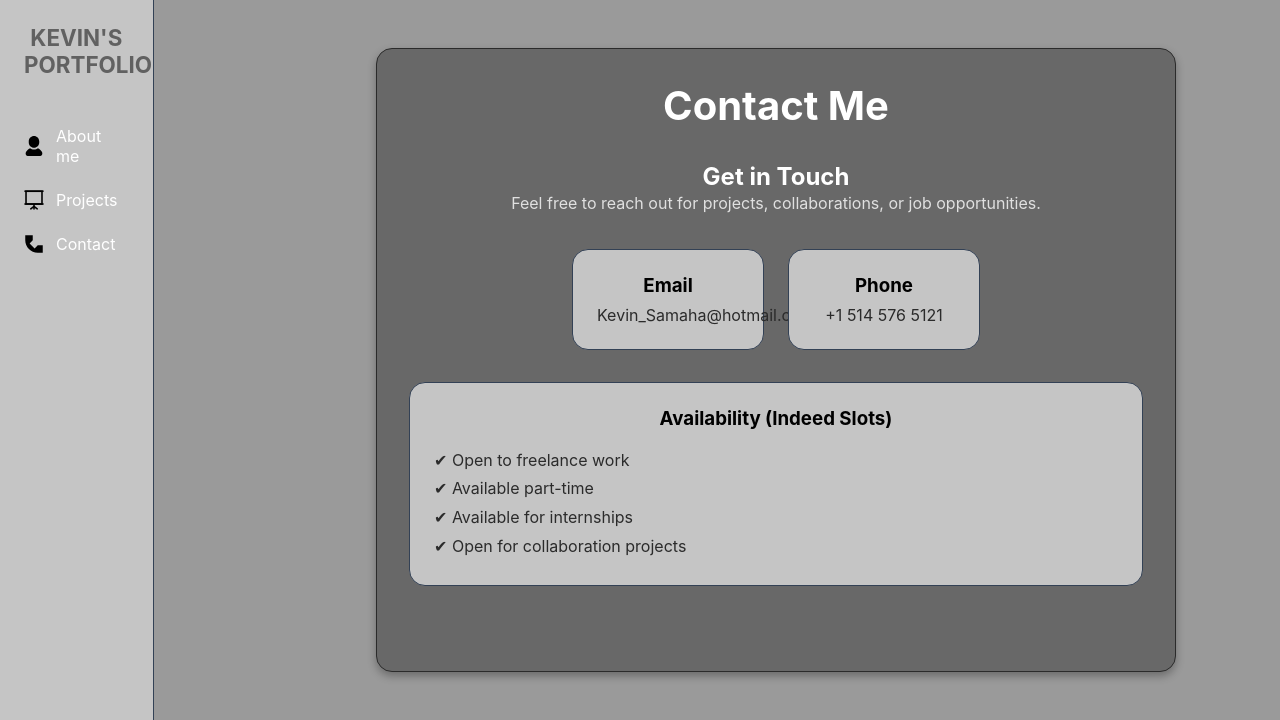
Repository: KevinSamaha/Kevin_Samaha
Page: pages/contact.html
An editor plug-in stored every save of this project. The page is shown before and after the next save, followed by the edit.
The browser window is 1280 px wide. The pictures show the whole page.

Above is the page before, as saved 2026-05-13 23:32:58.

### pages/contact.html
<!doctype html>
<html lang="en">
  <head>
    <meta charset="UTF-8" />
    <meta name="viewport" content="width=device-width, initial-scale=1.0" />
    <title>Contact Me</title>

    <link rel="stylesheet" href="../styles/contact.css" />
        <link rel="stylesheet" href="../styles/global.css"/>
  </head>

  <body>
    <!-- SIDEBAR -->
    <header>
      <h2 class="logo">KEVIN'S PORTFOLIO</h2>

      <nav>
        <ul class="sidebarcontainer">
          <li>
            <a class="sidebar" href="index.html">
              <img src="../Assets/images/me.svg" class="icon" />
              About me
            </a>
          </li>

          <li>
            <a class="sidebar" href="projects.html">
              <img src="../Assets/images/project.svg" class="icon" />
              Projects
            </a>
          </li>

          <li>
            <a class="sidebar" href="contact.html">
              <img src="../Assets/images/phone.svg" class="icon" />
              Contact
            </a>
          </li>
        </ul>
      </nav>
    </header>

    <!-- MAIN -->
    <main>
      <section class="contact-wrapper">
        <h1 class="title">Contact Me</h1>

        <h2>Get in Touch</h2>

        <p class="subtitle">
          Feel free to reach out for projects, collaborations, or job
          opportunities.
        </p>

        <!-- CONTACT INFO -->
        <section class="contact-info">
          <article class="info-box">
            <h3>Email</h3>
            <p>Kevin_Samaha@hotmail.com</p>
          </article>

          <article class="info-box">
            <h3>Phone</h3>
            <p>+1 514 576 5121</p>
          </article>
        </section>

        <!-- AVAILABILITY -->
        <article class="availability">
          <h3>Availability (Indeed Slots)</h3>

          <ul>
            <li>✔ Open to freelance work</li>
            <li>✔ Available part-time</li>
            <li>✔ Available for internships</li>
            <li>✔ Open for collaboration projects</li>
          </ul>
        </article>
      </section>
    </main>
  </body>
</html>

### styles/contact.css
/* GENERAL */
* {
  margin: 0;
  padding: 0;
  box-sizing: border-box;
  font-family: "Inter", sans-serif;
}

body {
  background-color: #00000065;
  color: white;
  min-height: 100vh;
  display: flex;
}


/* =========================
   MAIN LAYOUT
========================= */

main {
  margin-left: 17rem;
  width: 100%;
  display: flex;
  justify-content: center;
  padding: 3rem;
}

/* =========================
   CONTACT BOX
========================= */

.contact-wrapper {
  width: 100%;
  max-width: 50rem;

  background-color: #686868;
  padding: 2rem;
  border-radius: 1rem;
  border: 0.0625rem solid #2b2b2b;
  box-shadow: 0 0.25rem 0.5rem rgba(0, 0, 0, 0.3);

  text-align: center;
}

.title {
  font-size: 2.5rem;
  margin-bottom: 2rem;
  color: #ffffff;
}

.subtitle {
  margin-bottom: 2rem;
  color: #e0e0e0;
  line-height: 1.6;
}

/* CONTACT INFO */

.contact-info {
  display: flex;
  gap: 1.5rem;
  justify-content: center;
  flex-wrap: wrap;
  margin-bottom: 2rem;
}

.info-box {
  background-color: #c5c5c5;
  padding: 1.5rem;
  border-radius: 1rem;
  width: 12rem;
  border: 0.0625rem solid #334155;
}

.info-box h3 {
  color: #000;
  margin-bottom: 0.5rem;
}

.info-box p {
  color: #2b2b2b;
}

/* AVAILABILITY */

.availability {
  background-color: #c5c5c5;
  padding: 1.5rem;
  border-radius: 1rem;
  border: 0.0625rem solid #334155;
  text-align: left;
}

.availability h3 {
  text-align: center;
  margin-bottom: 1rem;
  color: #000;
}

.availability ul {
  list-style: none;
  color: #2b2b2b;
  line-height: 1.8;
}

/* MOBILE */

@media (max-width: 64rem) {
  header {
    width: 100%;
    height: auto;
    position: fixed;
    flex-direction: row;
    justify-content: space-between;
  }

  main {
    margin-left: 0;
    margin-top: 10rem;
    padding: 1.5rem;
  }

  .contact-info {
    flex-direction: column;
    align-items: center;
  }
}

### styles/global.css
header {
  width: 12%;
  min-width: 1%;
  height: 100vh;
  background-color: #c5c5c5;
  border-right: 0.0625rem solid #334155;
  position: fixed;
  display: flex;
  flex-direction: column;
  gap: 2rem;
  padding: 1.5rem;
}

.logo {
  font-size: 1.4rem;
  font-weight: 700;
  color: #616161;
  text-align: center;
  margin-bottom: 1rem;
}

.sidebarcontainer {
  list-style: none;
  display: flex;
  flex-direction: column;
  gap: 1.5rem;
}

.sidebar {
  display: flex;
  align-items: center;
  gap: 0.75rem;
  font-size: 1rem;
  text-decoration: none;
  color: inherit;
}

.sidebar:hover {
  color: #000000;
  background-color: #8f8f8f;
  border-radius: 0.5rem;
  transition: 0.2s ease;
}

.icon {
  width: 1.25rem;
  height: 1.25rem;
}

After the next save:
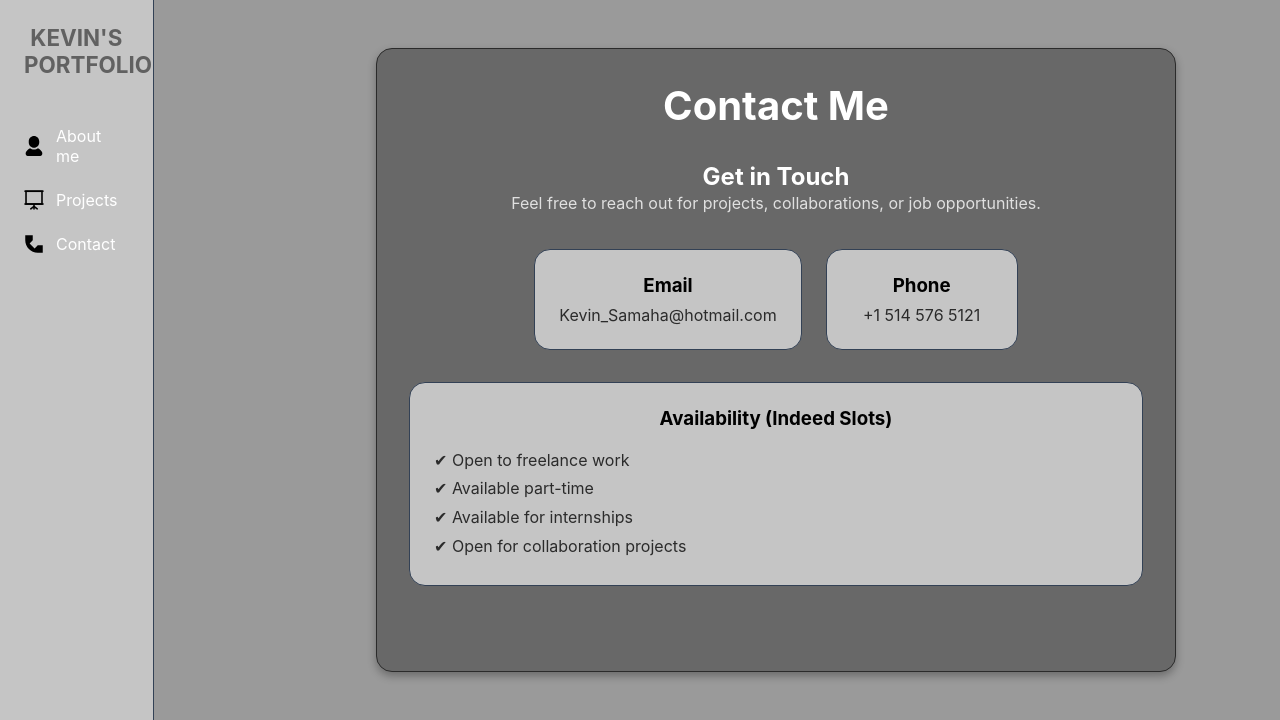
Saved 2 min 4 s later.
--- a/styles/contact.css
+++ b/styles/contact.css
@@ -69,9 +69,21 @@ main {
   background-color: #c5c5c5;
   padding: 1.5rem;
   border-radius: 1rem;
-  width: 12rem;
+  /* Change 'width' to 'min-width' or 'width: auto' to allow growth */
+  min-width: 12rem;
+  width: auto;
   border: 0.0625rem solid #334155;
 }
+
+.info-box p {
+  color: #2b2b2b;
+  /* These lines handle the scaling/wrapping */
+  word-wrap: break-word;       /* Older browsers */
+  overflow-wrap: anywhere;     /* Modern way to break long strings */
+  font-size: clamp(0.8rem, 2vw, 1rem); /* Dynamically scales font based on screen size */
+}
+
+
 
 .info-box h3 {
   color: #000;
